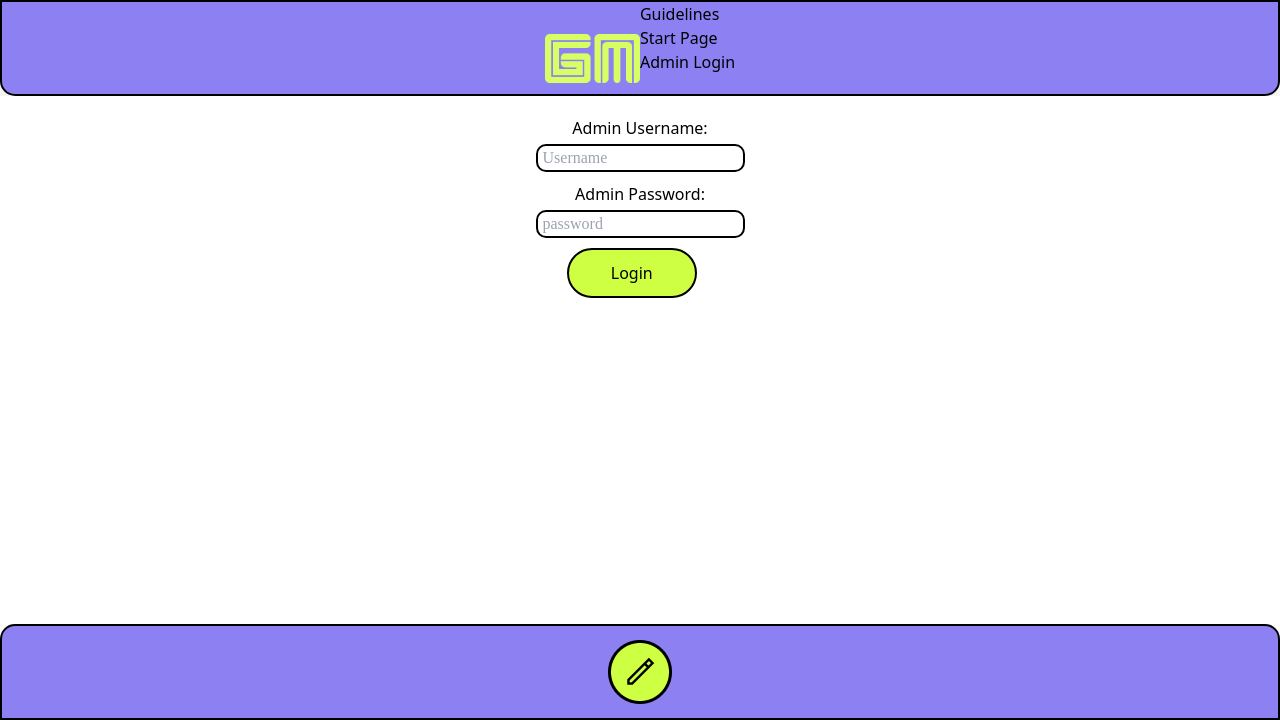
Repository: Yahya9102/Java22-ux22-Sideproject-main
Page: /adminLogin
The author's editor kept a copy of each file at every save. The page is drawn from the files as they stood at one save, then again after the next save.
The browser window is 1280 px wide. The pictures show the whole page.
The project was rebuilt for these pictures with package versions that can differ from the ones it lists, and the page was loaded fresh each time. The framework's server and built-in components were replaced by stand-ins that run in the browser. Also part of the build but not shown: next.config.js.

Above is the page before, as saved 2023-05-04 14:04:09.

### pages/adminLogin.tsx
import { NextPage } from "next"
import Header from "@/p-components/header"
import AdminLogin from "@/p-components/AdminLogin"
import MainFooter from "@/p-components/MainFooter"
import { User } from "@/types/users"

const adminLogin: NextPage<User> = ({}) => {
  return (
    <div>
      <Header />
      <AdminLogin />
      <MainFooter />
    </div>
  )
}

export default adminLogin

### styles/globals.css
@tailwind base;
@tailwind components;
@tailwind utilities;

/* @import url("https://fonts.googleapis.com/css2?family=Space+Grotesk:wght@400;500;600;700&display=swap");
@import url("https://fonts.googleapis.com/css2?family=Space+Mono&display=swap");
@import url("https://fonts.googleapis.com/css2?family=Roboto+Condensed:wght@400;700&display=swap"); */

### p-components/header.tsx
import { NextPage } from "next"
import Image from "next/image"
import gmlogo from "/public/gmlogo.png"
import styles from "./styles/header.module.css"
import { useRouter } from "next/router"
import Link from "next/link"
import { useState } from "react"

const Header: NextPage = () => {
  const router = useRouter()

  const handleReturnToStartPage = () => {
    router.push("/startPage")
  }

  const [menuOpen, setMenuOpen] = useState(false)

  function handleMenuToggle() {
    setMenuOpen(!menuOpen)
  }

  return (
    <div className={styles.header_container}>
      <div className={styles.header_background}>
        <header className={styles.header_body}>
          <div className={styles.menu_icon}>
            <button type="button" onClick={handleMenuToggle}>
              <span className={styles.hamburger}></span>
              <span className={styles.hamburger}></span>
              <span className={styles.hamburger}></span>
            </button>
          </div>
          <div className={styles.menu_title}>
            <button type="button" onClick={handleReturnToStartPage}>
              <Image src={gmlogo} alt="Picture is unavailable" width={95} />
            </button>
          </div>
          <nav
            className={
              menuOpen
                ? `${styles.menu_links} ${styles.menu_open}`
                : styles.menu_links
            }
            onClick={handleMenuToggle}
          >
            <Link href="/">
              <p className={styles.menu_links_p}>Guidelines</p>
            </Link>
            <Link href="/startPage">
              <p className={styles.menu_links_p}>Start Page</p>
            </Link>
            <Link href="/adminLogin">
              <p className={styles.menu_links_p}> Admin Login</p>
            </Link>
          </nav>
        </header>
      </div>
    </div>
  )
}

export default Header

### p-components/AdminLogin.tsx
import { useState } from "react"
import { NextPage } from "next"
import router from "next/router"
import styles from "p-components/styles/adminLogin.module.css"

const AdminLogin: NextPage = () => {
  const ADMIN_USERNAME = process.env.NEXT_PUBLIC_ADMIN_USERNAME
  const ADMIN_PASSWORD = process.env.NEXT_PUBLIC_ADMIN_PASSWORD

  const [adminCredentials, setAdminCredentials] = useState({
    username: "",
    password: "",
  })

  const handleLoginClick = () => {
    if (
      adminCredentials.username === ADMIN_USERNAME &&
      adminCredentials.password === ADMIN_PASSWORD
    ) {
      router.push("/admin")
    } else {
      alert("Invalid admin username or password")
    }
  }

  return (
    <div className={styles.admin_body}>
      <fieldset>
        <label htmlFor="adminUsername" className={styles.label}>
          Admin Username:
        </label>
        <br />
        <input
          className={styles.input_fields}
          type="text"
          name="adminUsername"
          id="adminUsername"
          value={adminCredentials.username}
          onChange={(e) =>
            setAdminCredentials({
              ...adminCredentials,
              username: e.target.value,
            })
          }
          placeholder="Username"
        />
        <br />
        <label className={styles.label} htmlFor="adminPassword">
          Admin Password:
        </label>
        <br />
        <input
          className={styles.input_fields}
          type="password"
          name="adminPassword"
          id="adminPassword"
          value={adminCredentials.password}
          onChange={(e) =>
            setAdminCredentials({
              ...adminCredentials,
              password: e.target.value,
            })
          }
          placeholder="password"
        />
        <br />
        <button className={styles.adminLogin_button} onClick={handleLoginClick}>
          Login
        </button>
      </fieldset>
    </div>
  )
}

export default AdminLogin

### p-components/MainFooter.tsx
import React from "react"
import styles from "./styles/mainFooter.module.css"
import { useRouter } from "next/router"
import Image from "next/image"
import navbarImage from "../public/posticon.png"

function MainFooter() {
  const router = useRouter()

  const handleCreateButtonClick = () => {
    router.push("/createUser")
  }

  return (
    <div>
      <nav className={styles.main_footer}>
        <button type="submit" onClick={handleCreateButtonClick}>
          <Image
            src={navbarImage}
            alt=""
            width={64}
            height={64}
            className={styles.image_post}
          />
        </button>
      </nav>
    </div>
  )
}

export default MainFooter

### p-components/styles/header.module.css
.header_body {
  display: flex;
  justify-content: center;
  border: 2px solid black;
  min-height: 6rem;
  max-height: 6rem;
  border-radius: 0px 0px 15px 15px;
  background-color: rgba(141, 128, 242, 1);
}

.menu_title {
  padding-top: 2rem;
  /* background-color: aqua; */
}

.header_background {
  background-color: #f5f5f5;
}

### p-components/styles/adminLogin.module.css
.input_fields {
  border: solid 2px;
  border-radius: 10px;
  margin: 10px;
  font-family: "Space Grotesk";
  padding-left: 5px;
}

.adminLogin_button {
  background-color: #ceff42;
  width: 130px;
  height: 50px;
  border-radius: 25px;
  border: solid 2px;
  margin-left: 18%;
}

.admin_body {
  padding-top: 20px;
  display: flex;
  justify-content: center;
}

.label {
  display: flex;
  margin-bottom: -30px;
  justify-content: center;
}

### p-components/styles/mainFooter.module.css
.main_footer {
  background-color: rgba(141, 128, 242, 1);
  height: 6rem;
  width: 100%;
  display: flex;
  border-radius: 15px 15px 0px 0px;
  border: 2px solid black;
  justify-content: center;
  position: fixed;
  bottom: 0;
}

Loaded but not shown: pages/_app.tsx (common file); pages/_document.tsx (common file); tailwind.config.js (common file)

After the next save:
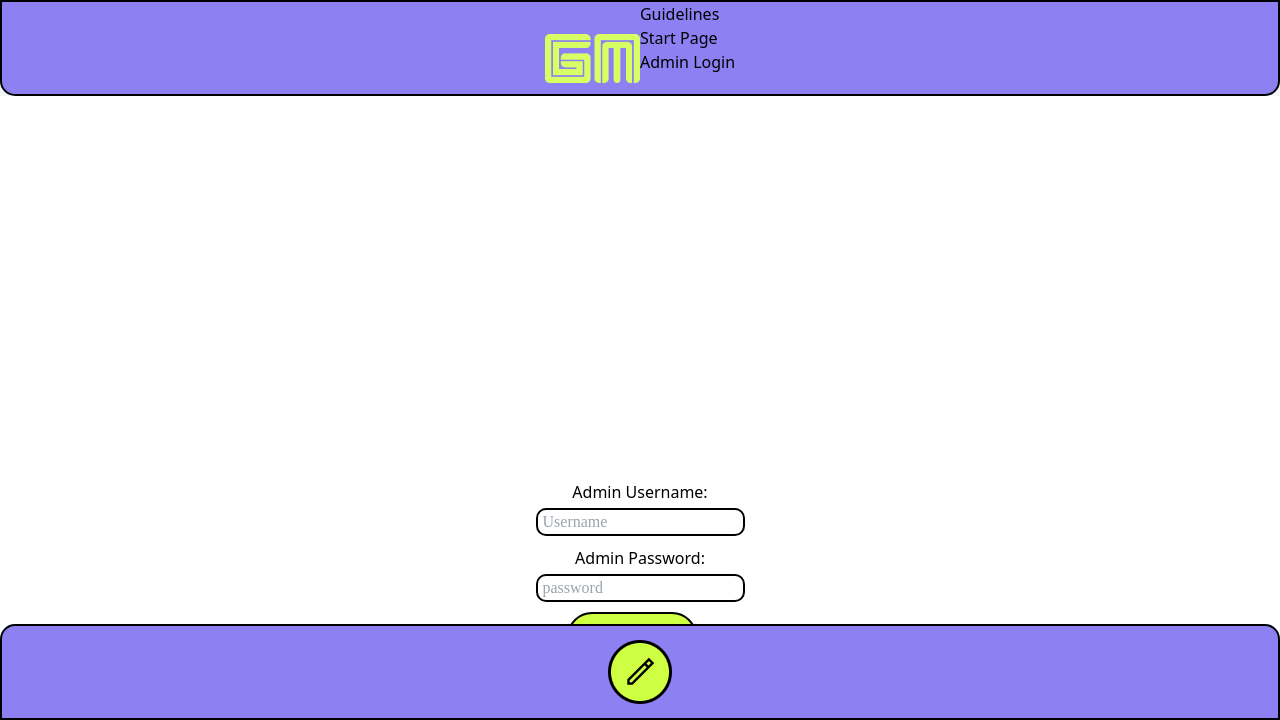
Saved 4 s later.
--- a/p-components/styles/adminLogin.module.css
+++ b/p-components/styles/adminLogin.module.css
@@ -16,7 +16,7 @@
 }
 
 .admin_body {
-  padding-top: 20px;
+  padding-top: 30%;
   display: flex;
   justify-content: center;
 }
